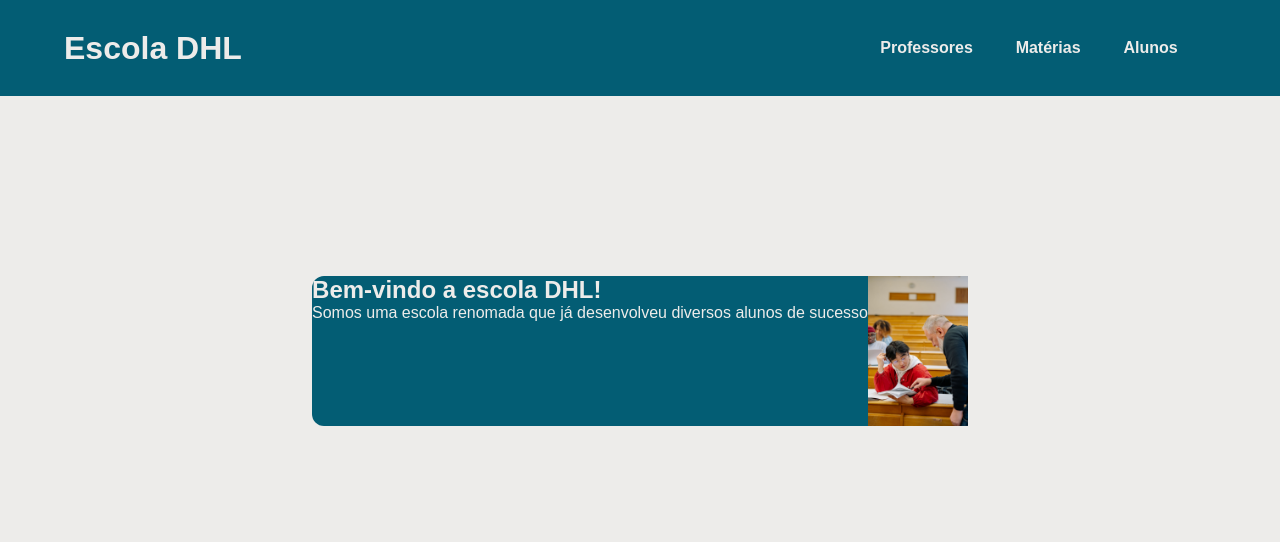
Repository: SirHick/sa-sistema-escola-DHL
Page: front/index.html
These files come from the project's save history. The page is drawn as it stood at one moment and after a run of saves; the edit follows.
The browser window is 1280 px wide. The pictures show the whole page.

Above is the page before, as saved 2026-07-17 15:52:36.

After the next 2 saves:
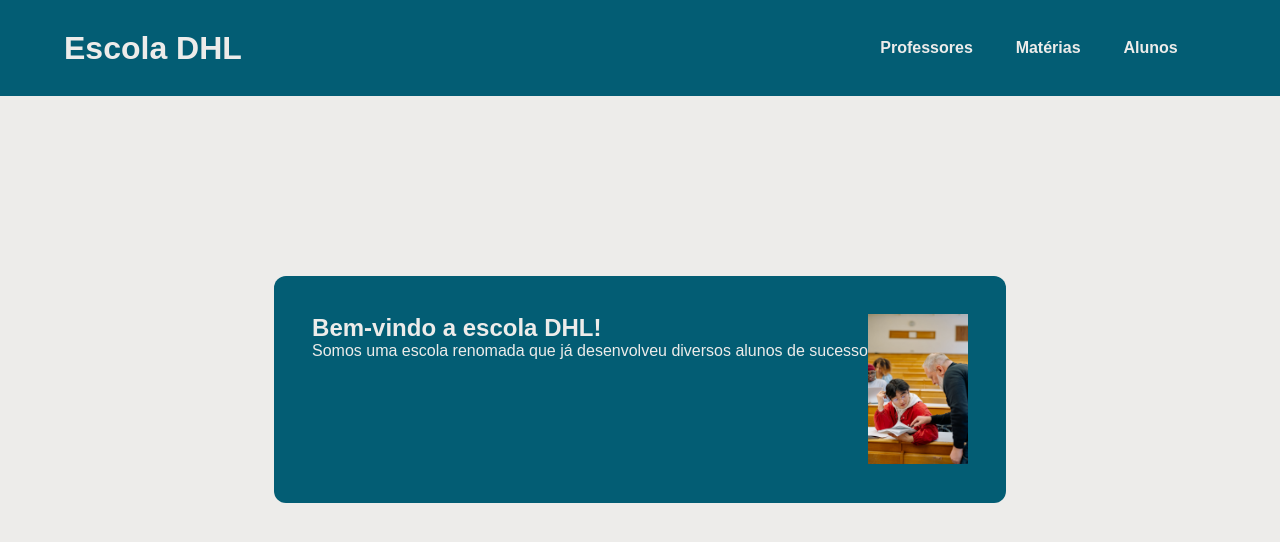
The 2 saves are shown as one change because they came seconds apart.
The last was saved 9 s later.
--- a/front/style.css
+++ b/front/style.css
@@ -55,5 +55,5 @@
     display: flex;
     color: #EDECEA;
     border-radius:12px;
-    padding: ;
+    padding: 3vw;
 }

After the save that followed:
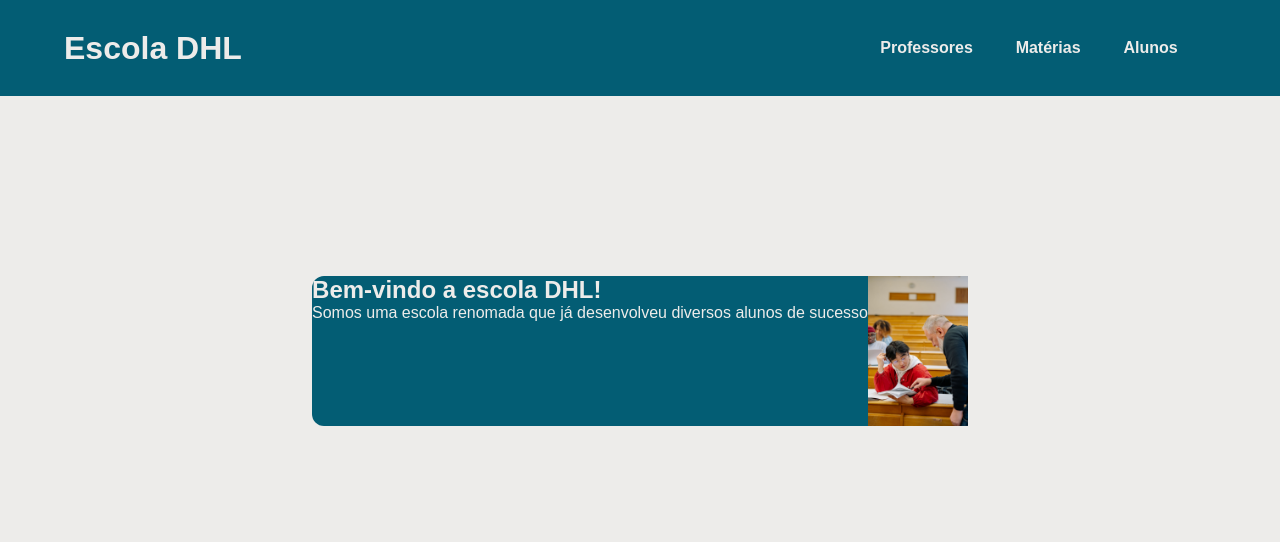
Saved 12 s later.
--- a/front/style.css
+++ b/front/style.css
@@ -55,5 +55,5 @@
     display: flex;
     color: #EDECEA;
     border-radius:12px;
-    padding: 3vw;
+    padding: ;
 }
